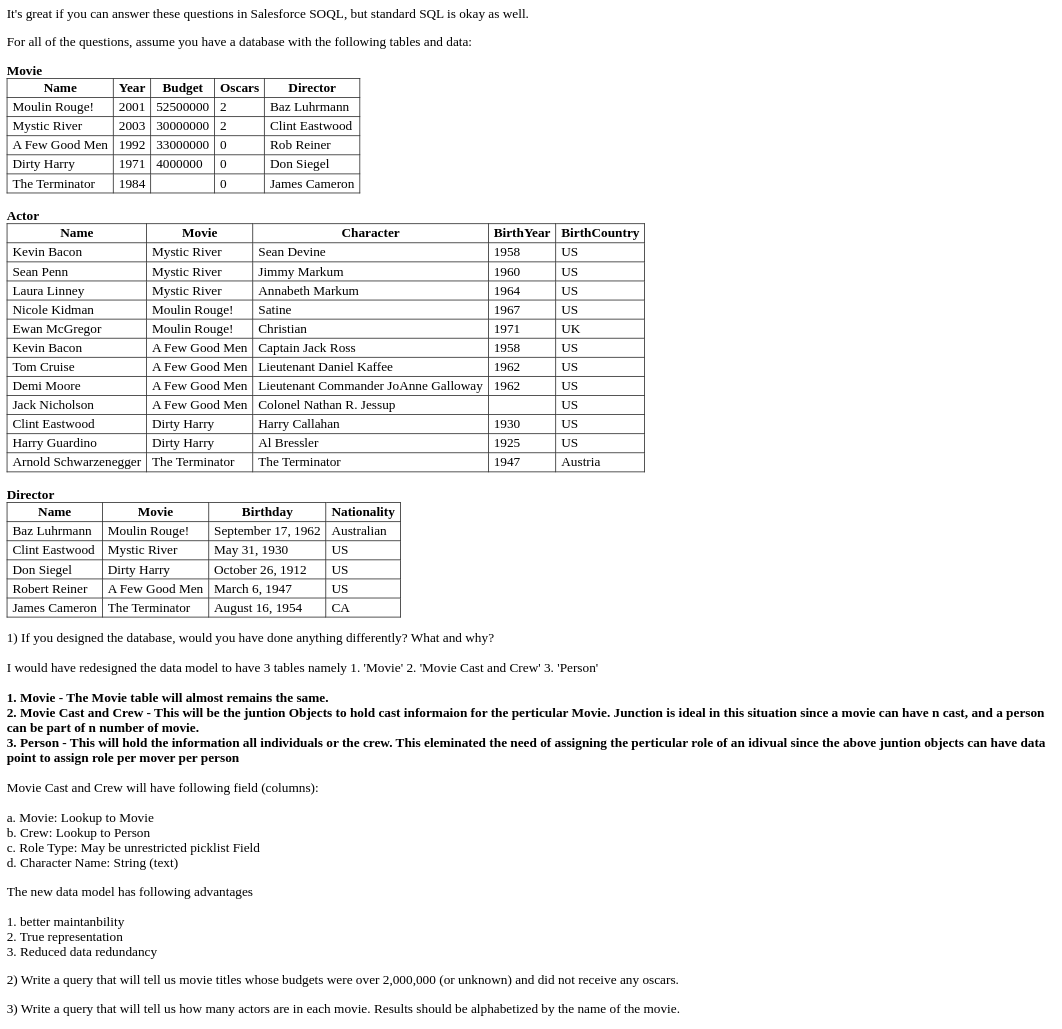
Repository: akhil33/AFFRM
Page: AFFIRM-NON-SFDC/Database.html
The author's editor kept a copy of each file at every save. The page is drawn from the files as they stood at one save, then again after the next save.
The browser window is 1280 px wide. The pictures show the whole page, at 83% of full size.

Above is the page before, as saved 2022-04-07 21:14:58.

### AFFIRM-NON-SFDC/Database.html
<html>
	<head>
		<style type="text/css">
			table { border-collapse: collapse; border: solid 1px black; }
			td, th { border: solid 1px #333; padding: 2px 6px; }
		</style>
	</head>

	<body>
		<p>It's great if you can answer these questions in Salesforce SOQL, but standard SQL is okay as well.</p>

		<p>For all of the questions, assume you have a database with the following tables and data:</p>

		<b>Movie</b>
		<table>
			<tr>
				<th>Name</th>
				<th>Year</th>
				<th>Budget</th>
				<th>Oscars</th>
				<th>Director</th>
			</tr>
			<tr>
				<td>Moulin Rouge!</td>
				<td>2001</td>
				<td>52500000</td>
				<td>2</td>
				<td>Baz Luhrmann</td>
			</tr>
			<tr>
				<td>Mystic River</td>
				<td>2003</td>
				<td>30000000</td>
				<td>2</td>
				<td>Clint Eastwood</td>
			</tr>
			<tr>
				<td>A Few Good Men</td>
				<td>1992</td>
				<td>33000000</td>
				<td>0</td>
				<td>Rob Reiner</td>
			</tr>
			<tr>
				<td>Dirty Harry</td>
				<td>1971</td>
				<td>4000000</td>
				<td>0</td>
				<td>Don Siegel</td>
			</tr>
			<tr>
				<td>The Terminator</td>
				<td>1984</td>
				<td></td>
				<td>0</td>
				<td>James Cameron</td>
			</tr>
		</table>

		<br/>
		<b>Actor</b>
		<table>
			<tr>
				<th>Name</th>
				<th>Movie</th>
				<th>Character</th>
				<th>BirthYear</th>
				<th>BirthCountry</th>
			</tr>
			<tr>
				<td>Kevin Bacon</td>
				<td>Mystic River</td>
				<td>Sean Devine</td>
				<td>1958</td>
				<td>US</td>
			</tr>
			<tr>
				<td>Sean Penn</td>
				<td>Mystic River</td>
				<td>Jimmy Markum</td>
				<td>1960</td>
				<td>US</td>
			</tr>
			<tr>
				<td>Laura Linney</td>
				<td>Mystic River</td>
				<td>Annabeth Markum</td>
				<td>1964</td>
				<td>US</td>
			</tr>
			<tr>
				<td>Nicole Kidman</td>
				<td>Moulin Rouge!</td>
				<td>Satine</td>
				<td>1967</td>
				<td>US</td>
			</tr>
			<tr>
				<td>Ewan McGregor</td>
				<td>Moulin Rouge!</td>
				<td>Christian</td>
				<td>1971</td>
				<td>UK</td>
			</tr>
			<tr>
				<td>Kevin Bacon</td>
				<td>A Few Good Men</td>
				<td>Captain Jack Ross</td>
				<td>1958</td>
				<td>US</td>
			</tr>
			<tr>
				<td>Tom Cruise</td>
				<td>A Few Good Men</td>
				<td>Lieutenant Daniel Kaffee</td>
				<td>1962</td>
				<td>US</td>
			</tr>
			<tr>
				<td>Demi Moore</td>
				<td>A Few Good Men</td>
				<td>Lieutenant Commander JoAnne Galloway</td>
				<td>1962</td>
				<td>US</td>
			</tr>
			<tr>
				<td>Jack Nicholson</td>
				<td>A Few Good Men</td>
				<td>Colonel Nathan R. Jessup</td>
				<td></td>
				<td>US</td>
			</tr>
			<tr>
				<td>Clint Eastwood</td>
				<td>Dirty Harry</td>
				<td>Harry Callahan</td>
				<td>1930</td>
				<td>US</td>
			</tr>
			<tr>
				<td>Harry Guardino</td>
				<td>Dirty Harry</td>
				<td>Al Bressler</td>
				<td>1925</td>
				<td>US</td>
			</tr>
			<tr>
				<td>Arnold Schwarzenegger</td>
				<td>The Terminator</td>
				<td>The Terminator</td>
				<td>1947</td>
				<td>Austria</td>
			</tr>
		</table>

		<br/>
		<b>Director</b>
		<table>
			<tr>
				<th>Name</th>
				<th>Movie</th>
				<th>Birthday</th>
				<th>Nationality</th>
			</tr>
			<tr>
				<td>Baz Luhrmann</td>
				<td>Moulin Rouge!</td>
				<td>September 17, 1962</td>
				<td>Australian</td>
			</tr>
			<tr>
				<td>Clint Eastwood</td>
				<td>Mystic River</td>
				<td>May 31, 1930</td>
				<td>US</td>
			</tr>
			<tr>
				<td>Don Siegel</td>
				<td>Dirty Harry</td>
				<td>October 26, 1912</td>
				<td>US</td>
			</tr>
			<tr>
				<td>Robert Reiner</td>
				<td>A Few Good Men</td>
				<td>March 6, 1947</td>
				<td>US</td>
			</tr>
			<tr>
				<td>James Cameron</td>
				<td>The Terminator</td>
				<td>August 16, 1954</td>
				<td>CA</td>
			</tr>
		</table>


		<p>1) If you designed the database, would you have done anything differently? What and why?
			<br><br>
			I would have redesigned the data model to have 3 tables namely 1. 'Movie' 2. 'Movie Cast and Crew' 3. 'Person'
			<br><br><strong>
			1. Movie - The Movie table will almost remains the same. <br>
			2. Movie Cast and Crew - This will be the juntion Objects to hold cast informaion for the perticular Movie. Junction is ideal in this situation since a movie can have n cast, and a person can be part of n number of movie.<br>
			3. Person - This will hold the information all individuals or the crew. This eleminated the need of assigning the perticular role of an idivual since the above juntion objects can have data point to assign role per mover per person
			<br></strong><br>

			Movie Cast and Crew will have following field (columns):<br><br>
				a. Movie: Lookup to Movie 	<br>
				b. Crew: Lookup to Person <br>
				c. Role Type: May be unrestricted picklist Field	<br>
				d. Character Name: String (text) <br> <br>


			The new data model has following advantages<br><br>
			1. better maintanbility<br>
			2. True representation<br>
			3. Reduced data redundancy<br>

		<p>2) Write a query that will tell us movie titles whose budgets were over 2,000,000 (or unknown) and did not receive any oscars.

		<!--
			<p> select Name from Movie where Oscars = 0   // this querty will fetch the results mentioned but not a better coding style</p>
			<p> Select Name from Movie where Oscars = 0 and (Budget is null or Budget > 2000000)  // preferred.</p>
		-->

		<p>3) Write a query that will tell us how many actors are in each movie.  Results should be alphabetized by the name of the movie.</p>

		<!--
			<p> Select Movie,Count(Name) from Actor group by Movie test order by Movie asc </p>
		-->



	</body>
</html>

After the next save:
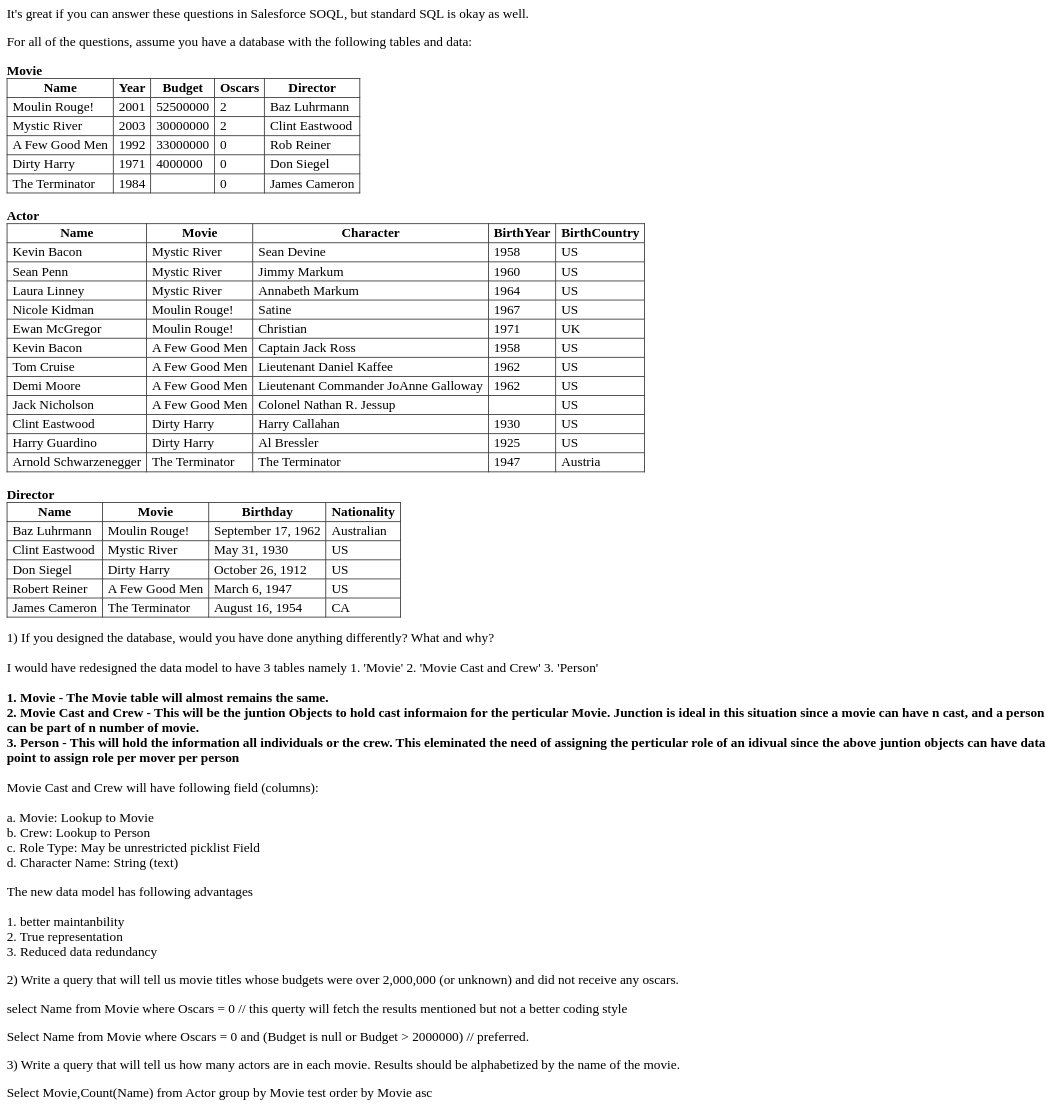
Saved 63 s later.
--- a/AFFIRM-NON-SFDC/Database.html
+++ b/AFFIRM-NON-SFDC/Database.html
@@ -218,16 +218,16 @@
 
 		<p>2) Write a query that will tell us movie titles whose budgets were over 2,000,000 (or unknown) and did not receive any oscars.
 
-		<!--
+
 			<p> select Name from Movie where Oscars = 0   // this querty will fetch the results mentioned but not a better coding style</p>
 			<p> Select Name from Movie where Oscars = 0 and (Budget is null or Budget > 2000000)  // preferred.</p>
-		-->
+
 
 		<p>3) Write a query that will tell us how many actors are in each movie.  Results should be alphabetized by the name of the movie.</p>
 
-		<!--
+
 			<p> Select Movie,Count(Name) from Actor group by Movie test order by Movie asc </p>
-		-->
+
 
 
 
